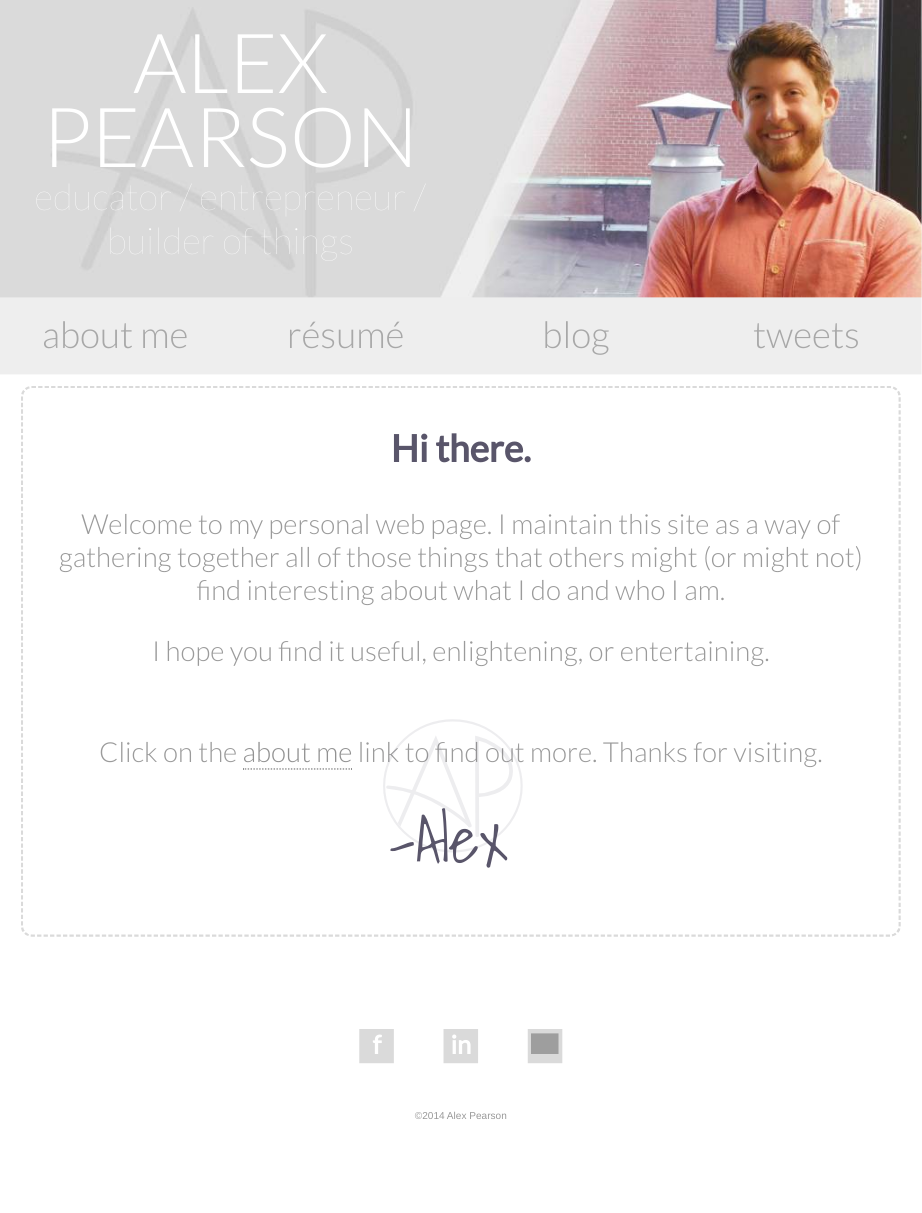
Repository: NAlexPear/personal-page
Page: about/index.html
The author's editor kept a record of every edit. The page is drawn from the files as they stood at one moment, then again after the next edit.
The browser window is 1280 px wide. The pictures show the whole page, at 72% of full size.
Pictures or frames that could not be fetched are drawn as grey boxes.

Above is the page before.

### about/index.html
<!DOCTYPE html>
<html lang="en-us">

<head>
<meta charset="utf-8">
<!-- Set the viewport width to device width for mobile -->
<meta name="viewport" content="width=device-width, initial-scale=1, maximum-scale=1, user-scalable=0">
<link rel="shortcut icon" href="../theme/images/favicon.ico" type="image/x-icon">
<link rel="icon" href="../theme/images/favicon.ico" type="image/x-icon">
<title>Alex Pearson</title>
<!-- Included CSS Files -->
<link rel="stylesheet" href="../theme/css/maintemplate2.css">
<!-- IE Fix for HTML5 Tags -->
<!--[if lt IE 9]>
		<script src="http://html5shiv.googlecode.com/svn/trunk/html5.js"></script>
	<![endif]-->

<link rel="canonical" href="http://alexpear.com">
<link rel="shortlink" href="http://alexpear.com">

<link href='https://fonts.googleapis.com/css?family=Lato:100,300,400' rel='stylesheet' type='text/css'>
<link href='https://fonts.googleapis.com/css?family=Shadows+Into+Light' rel='stylesheet' type='text/css'>
<!--Scripts below-->
<script type="text/javascript" src="../theme/js/analytics.js"></script>

</head>

<body>
    <div style="background-color: #EEEEEE;">
    <div class="topstuff">
        <img src="../theme/images/alexsmilin3.jpg" width="100%" height="auto"></img>
        <div class="splash">
            <div id="splashname">
                ALEX PEARSON
            </div>
            <div id="splashtag">
                educator / entrepreneur / builder of things
            </div>
        </div>
    </div>
        <ul id="navbubbles">
            <li id="about">
                <div class="navreact">
                    <a href="http://www.alexpear.com/about" title="About Alex" alt="About Alex">
                        <div>about me</div>
                    </a>
                </div>
            </li>
            <li id="resume">
                <div class="navreact">
                    <a href="http://alexpear.com/resume" title="Alex's Resume" alt="Alex's Resume">
                        <div>résumé</div>
                    </a>
                </div>
            </li>
            <li id="blog">
                <div class="navreact">
                    <a href="http://alexpear.com/blog" title="Alex's Blog" alt="Alex's Blog">
                        <div>blog</div>
                    </a>
                </div>
            </li>
            <li id="blog">
                <div class="navreact">
                    <a href="http://alexpear.com/tweets" title="Alex's Twitter Feed" alt="Alex's Tweets">
                        <div>tweets</div>
                    </a>
                </div>
            </li>
        </ul>
    </div>
    <div id="content-wrapper">
        <div id="content">
            <p style="font-weight:bold; text-align: center; font-size:4vw; color:#59556A;">Hi there.</p>
            <p style="text-align:center;">Welcome to my personal web page. I maintain this site as a way of gathering together all of those things that others might (or might not) find interesting about what I do and who I am.
            <br>
            <p style="text-align:center;">I hope you find it useful, enlightening, or entertaining.</p>
            <br>
            <p style="text-align:center;">Click on the <a href="http://alexpear.com/about">about me</a> link to find out more. Thanks for visiting.</p>
            <div class="signature">
                <img src="../theme/images/APlogo3.svg">
                <h1>-Alex</h1>
            </div>


        </div>
    </div>
</body>
<footer>
    <div class="socialmedia">
        <ul id="socialmediabuttons">
            <li id="fb"><a href="https://www.facebook.com/alex.pearson.568" title="facebook">f</a></li>
            <li id="in"><a href="https://www.linkedin.com/pub/alex-pearson/a4/492/a16" title="linkedin">in</a></li>
            <li id="twit"><a href="https://twitter.com/NAlexPearson" title="twitter"><img src="http://i.imgur.com/KlB8yzw.png" width="80%"></a></li>

        </ul>
    </div>
    <div class="copyright">©2014 Alex Pearson</div>
</footer>
<!--<body>-->
<!--    <div>-->
<!--        <div>-->
<!--            <ul id="navbubbles">-->
<!--                <li class="aboutpagebuttons"><img src="http://i.imgur.com/VPk4w5T.jpg" width="100%"/></li>-->
<!--                <li class="aboutpagebuttons"><img src="http://i.imgur.com/7XGbVoA.jpg" width="100%"/></li>-->
<!--                <li class="aboutpagebuttons"><img src="http://i.imgur.com/54ftRHh.jpg" width="100%"/></li>-->
<!--            </ul>-->
<!--        </div>-->
<!--        <p class="main">Hi there. Thanks for looking at my page. I'm a recent transplant to St. Louis by way of Nashville. For the past three years, I've been running my own weightlifting, CrossFit, and general fitness business.</p>-->
<!--        <div>-->
<!--            <ul id="navbubbles">-->
<!--                <li class="aboutpagebuttons"><img src="http://i.imgur.com/GGhYqPX.jpg" height="100%"></img></li>-->
<!--                <li class="aboutpagebuttons"><img src="http://i.imgur.com/pjjaoxQ.jpg" width="100%"></img></li>-->
<!--                <li class="aboutpagebuttons"><img src="http://i.imgur.com/vcil9Jb.jpg" width="100%"></img></li>-->
<!--            </ul>-->
<!--        </div>-->
<!--        <p class="main">After building my business from scratch into a self-sustaining (and sell-able) community, it was time to move on to the next adventure. So here I am. You can still find me in the weight room and on the competition platform, but as an athlete instead of full-time coach.</p>-->
<!--        <div>-->
<!--            <ul id="navbubbles">-->
<!--                <li class="aboutpagebuttons"><img src="http://i.imgur.com/yh2LGXZ.jpg" height="100%"></li>-->
<!--                <li class="aboutpagebuttons"><img src="http://i.imgur.com/htYHARt.jpg" width="100%"></li>-->
<!--                <li class="aboutpagebuttons"><img src="http://i.imgur.com/kY4R3GA.jpg" height="100%"></li>-->
<!--            </ul>-->
<!--        </div>-->
<!--        <p class="main">For now, it's time for me to get connected to the St. Louis entrepreneurial scene and get started on the next business idea. If you'd like to work with me, check out my resume on the front page, or shoot me an email at alex@alexpear.com.</p>-->
<!--    </div>-->
<!--</body>-->

### theme/css/maintemplate2.css
html{
    -webkit-font-smoothing: antialised;
    margin:0;
}

body{
    background-color: rgb(255,255,255);
    margin:0;
}

p {
    font-family: georgia, "Times New Roman";
    font-size: 4vw;
    color: rgb(155,155,155);
}

a {
    text-decoration: none;
    color: rgba(100,100,100,0.7);
}

a:hover {
    color: rgba(100,100,100,1.0);
}

.topstuff{
    width: 100%;
}

.splash {
    width: 50%;
    position: absolute;
    margin-top: -30%;
}

#content-wrapper{
    width:95%;
    margin-left:auto;
    margin-right:auto;
    border: 0.3vw dashed #dadada;
    border-radius: 15px;
}

#content{
    padding-left:1.5vw;
    padding-right:1.5vw;
}

#content p{
    font-size:3vw;
    font-family:'Lato', 'Helvetica', 'sans-serif';
    font-weight:300;
}

#content ul{
    font-family: 'Lato', 'Helvetica', 'sans-serif';
    font-size: 0.8em;
    opacity: 0.3;
}

#content a{
    border-bottom:0.2vw dotted;
}

#content a:hover{
    border-bottom:0.2vw solid;
}

.signature{
    width:40%;
    height:auto;
    margin-left:auto;
    margin-right:auto;
    margin-top:-9%;
}

.signature img{
    /*float:left;*/
    margin-left:27%;
    width:40%;
    height:14vw;
    margin-bottom:0;
    opacity: 0.1;
    border: 0.3vw solid #59556a;
    border-radius:50%;
}

.signature h1{
    font-family: 'Shadows Into Light', 'cursive';
    font-size: 7vw;
    font-weight:300;
    margin-left:29%;
    margin-top:-20%;
    padding-top:0;
    color:#59556a;
}

#splashname{
    position:relative;
    font-family: 'Lato', "sans-serif";
    text-align: center;
    font-weight: 300;
    font-size:9vw;
    line-height:90%;
    padding-bottom: 0vw;
    color: rgb(255,255,255);
}

#splashtag{
    position:relative;
    font-family:'Lato',"Sans-Serif";
    font-size:4vw;
    font-weight: 100;
    color: rgb(255,255,255);
    text-align: center;
}

#navbubbles{
    list-style-type:none;
    display:table;
    table-layout:fixed;
    width: 100%;
    padding-bottom: 2vw;
    padding-left: 0px;
}

#navbubbles li{
    display: table-cell;
    text-align: center;
    font-family: 'Lato', "Sans-Serif";
    font-size: 4vw;
    font-weight: 300;
    color:#ffffff;;
}

.navreact a{

   color:#A8A8A8;
  -o-transition:.5s color;
  -ms-transition:.5s color;
  -moz-transition:.5s color;
  -webkit-transition:.5s color;
   transition: .5s color;
}

.navreact a:hover{
    color: #51504f;
}




.socialmedia{
    margin-top: 10%;
}

footer ul { list-style: none; margin: 0 auto; overflow: hidden; padding: 0; width: 50%; min-width:200px; max-width:350px;
    margin-left: auto;
    margin-right: auto;
    display: table;
    table-layout:fixed;
}
footer ul li {display: table-cell; font-family: lato, "sans-serif"; font-size: 2.2em; font-weight: bold;}
footer ul li:last-child {margin-right: 0; }
footer ul li a { background: #DADADA; display:block; color: #fff; overflow: hidden; text-decoration: none; -webkit-transition: all .3s ease; width: 48px; height: 48px;margin-left:auto;margin-right:auto;}
footer ul li a:hover, footer ul li a:focus, footer ul li a:active { background: #51504f; color: #fff; }

#socialmediabuttons {
    text-align: center;
    /*direction:ltr;*/
}

#in{
    font-weight: bolder;
}

.copyright {
    margin-top:5%;
    margin-bottom:10%;
    text-align: center;
    font-family: helvetica, "Sans-Serif";
    font-size: 14px;
    opacity: 0.4;
}

### theme/js/analytics.js
(function(i,s,o,g,r,a,m){i['GoogleAnalyticsObject']=r;i[r]=i[r]||function(){(i[r].q=i[r].q||[]).push(arguments)},i[r].l=1*new Date();a=s.createElement(o),m=s.getElementsByTagName(o)[0];a.async=1;a.src=g;m.parentNode.insertBefore(a,m)})(window,document,'script','//www.google-analytics.com/analytics.js','ga');ga('create','UA-56023800-1','auto');ga('send','pageview');

After the next edit:
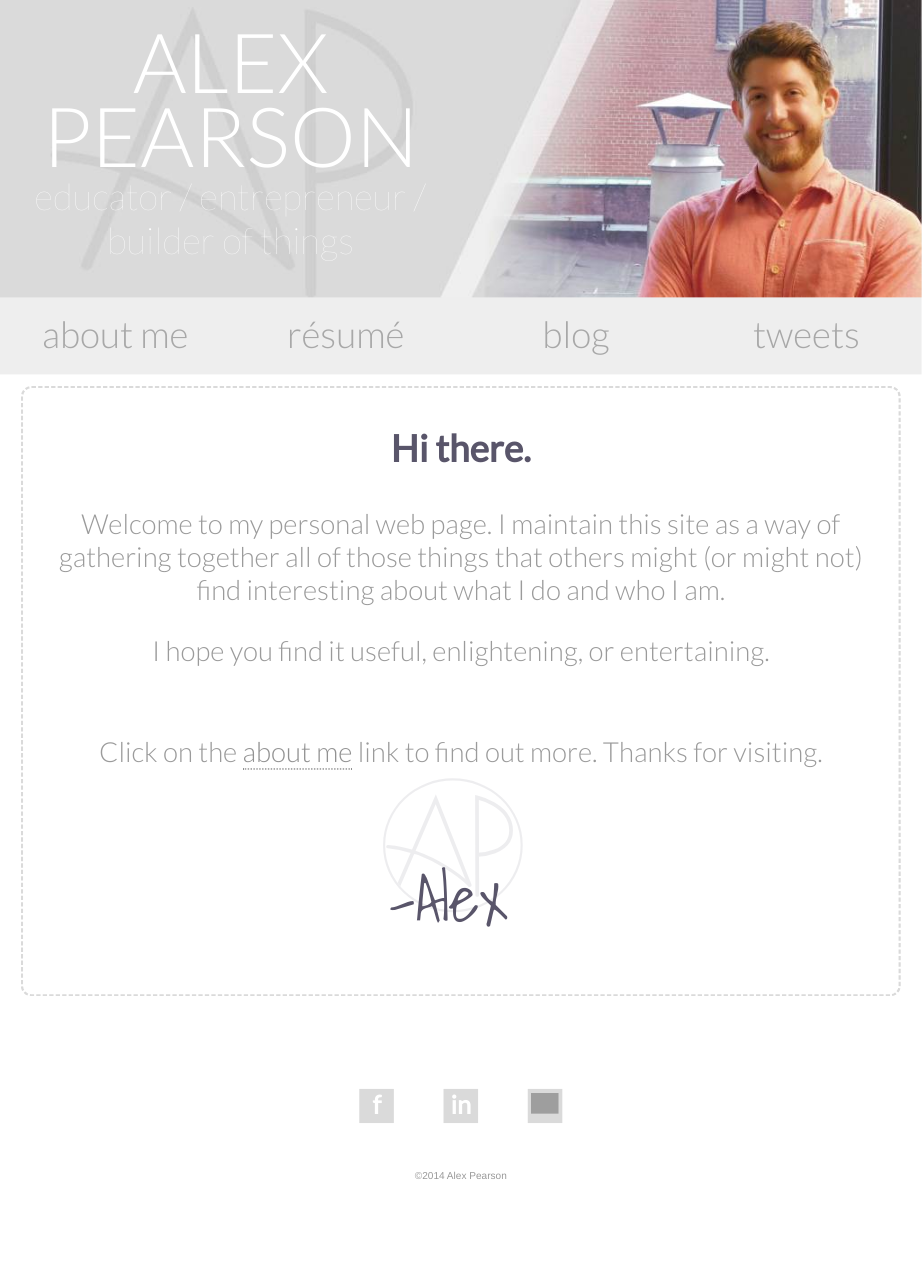
The edit:
--- a/theme/css/maintemplate2.css
+++ b/theme/css/maintemplate2.css
@@ -71,7 +71,7 @@
     height:auto;
     margin-left:auto;
     margin-right:auto;
-    margin-top:-9%;
+    margin-top:-2%;
 }
 
 .signature img{
